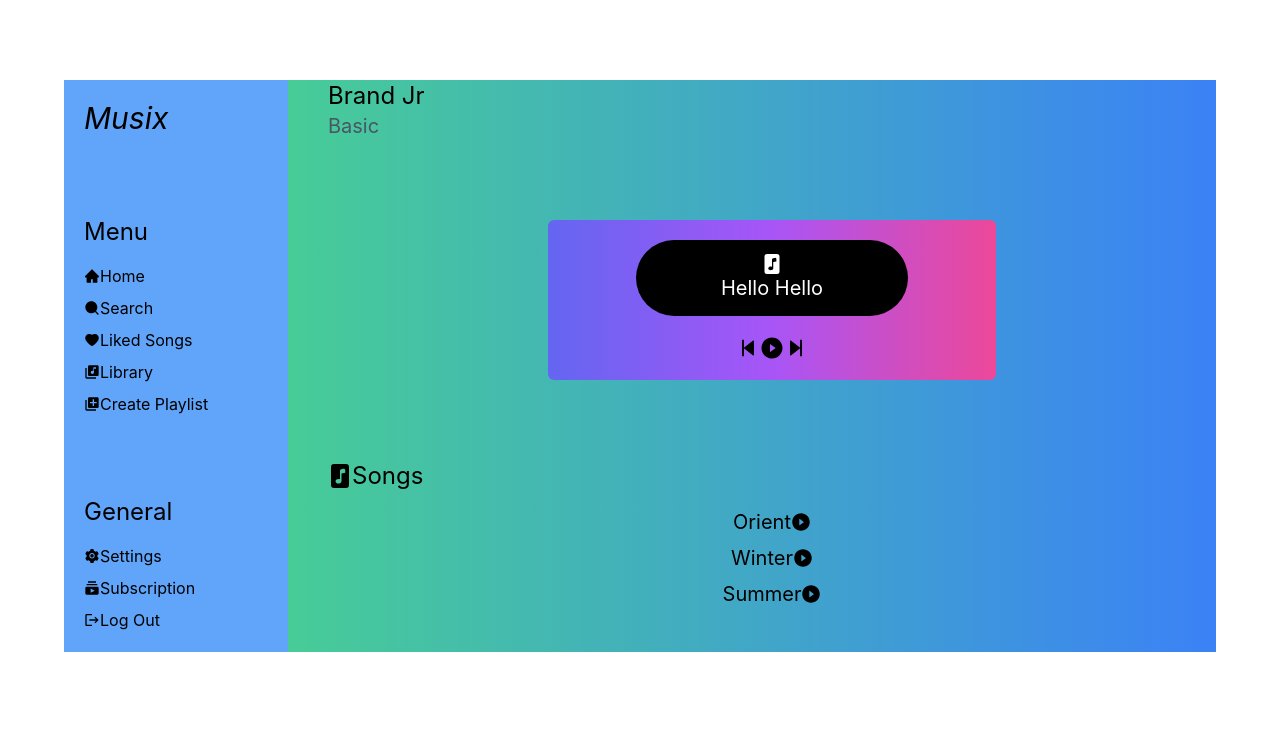
Repository: brandford7/music-player
Page: /
These files come from the project's save history. The page is drawn as it stood at one moment and after the next save; the edit follows.
The browser window is 1280 px wide. The pictures show the whole page.
The project was rebuilt for these pictures with package versions that can differ from the ones it lists, and the page was loaded fresh each time. The framework's server and built-in components were replaced by stand-ins that run in the browser. Also part of the build but not shown: next.config.js, components/Playlist.jsx.

Above is the page before, as saved 2022-11-19 09:57:01.

### pages/index.js
import Head from "next/head";
import Image from "next/image";
import { MusicCard, Sidebar, SongList, UserAvatar } from "../components";

export default function Home() {
  return (
    <div className="flex mx-auto max-w-6xl my-20 space-x-10 bg-gradient-to-r from-green-400 to-blue-500">
      <Head>
        <title>Music Player</title>
        <meta name="description" content="Generated by create next app" />
        <link rel="icon" href="/favicon.ico" />
      </Head>
      <aside>
        <Sidebar />
      </aside>
      <main className="flex flex-col flex-1 space-y-20">
        <UserAvatar name="Brand Jr" subscription="Basic" />
        <MusicCard title="Hello Hello" />
        <SongList />
      </main>
    </div>
  );
}

### styles/globals.css
@tailwind base;
@tailwind components;
@tailwind utilities;



html,
body {
  padding: 0;
  margin: 0;
  font-family: -apple-system, BlinkMacSystemFont, Segoe UI, Roboto, Oxygen,
    Ubuntu, Cantarell, Fira Sans, Droid Sans, Helvetica Neue, sans-serif;
}

a {
  color: inherit;
  text-decoration: none;
}

* {
  box-sizing: border-box;
}

@media (prefers-color-scheme: dark) {
  html {
    color-scheme: dark;
  }
  body {
    color: white;
    background: black;
  }
}

### components/index.js
export { default as Sidebar } from './Sidebar';
export { default as UserAvatar } from './UserAvatar';
export { default as MusicCard } from './MusicCard';
export { default as MusicButton } from './MusicButton';
export { default as SongList } from './SongList';
export {default as Playlist } from './Playlist';

### components/Sidebar.jsx
import React from "react";
import { AiFillHome, AiFillHeart, AiFillSetting } from "react-icons/ai";
import {
  MdLibraryMusic,
  MdLibraryAdd,
  MdLogout,
  MdSubscriptions,
} from "react-icons/md";
import { RiSearchFill } from "react-icons/ri";

const Sidebar = () => {
  return (
    <div className="flex flex-col space-y-20 bg-blue-400 p-5  w-56">
      <section>
        <h1 className="text-3xl italic">Musix</h1>
      </section>
      <section>
        <h2 className="mb-4 text-2xl">Menu</h2>
        <ul className="space-y-2">
          <li className="flex items-center ">
            <AiFillHome />
            Home
          </li>
          <li className="flex items-center ">
            <RiSearchFill />
            Search
          </li>
          <li className="flex items-center ">
            <AiFillHeart />
            Liked Songs
          </li>
          <li className="flex items-center ">
            <MdLibraryMusic />
            Library
          </li>
          <li className="flex items-center ">
            <MdLibraryAdd />
            Create Playlist
          </li>
        </ul>
      </section>
      <section>
        <h2 className="mb-4 text-2xl">General</h2>
        <ul className="space-y-2">
          <li className="flex items-center ">
            <AiFillSetting />
            Settings
          </li>
          <li className="flex items-center ">
            <MdSubscriptions />
            Subscription
          </li>
          <li className="flex items-center ">
            <MdLogout />
            Log Out
          </li>
        </ul>
      </section>
    </div>
  );
};

export default Sidebar;

### components/UserAvatar.jsx
import React from "react";

const UserAvatar = ({ image, name, subscription }) => {
  return (
    <div className="flex flex-col">
      <img src={image} alt="" />
      <h2 className="text-2xl">{name}</h2>
      <p className="text-gray-600 text-xl"> {subscription}</p>
    </div>
  );
};

export default UserAvatar;

### components/MusicCard.jsx
import React from "react";
import { BsFillFileMusicFill } from "react-icons/bs";
import MusicButton from "./MusicButton";
import {
  AiFillPlayCircle,
  AiFillStepBackward,
  AiFillStepForward,
} from "react-icons/ai";

const MusicCard = ({ title }) => {
  return (
    <div className=" flex flex-col items-center mx-auto space-y-5 p-5 max-w-md rounded-md hover:shadow-lg h-40 w-4/5 bg-gradient-to-r from-indigo-500 via-purple-500 to-pink-500 transition duration-700 ease-in-out">
      <section className="flex flex-col items-center justify-center space-y-2 rounded-full h-3/4 w-2/3 bg-black text-white text-xl">
        <BsFillFileMusicFill />
        {title}
      </section>
      <section className="flex items-center justify-center text-2xl">
        <MusicButton icon={<AiFillStepBackward />} />
        <MusicButton icon={<AiFillPlayCircle />} />
        <MusicButton icon={<AiFillStepForward />} />
      </section>
    </div>
  );
};

export default MusicCard;

### components/MusicButton.jsx
import React from 'react'

const MusicButton = ({icon}) => {
  return (
      <div>{icon}</div>
  )
}

export default MusicButton

### components/SongList.jsx
import React from "react";
import { BsFillFileMusicFill } from "react-icons/bs";
import { AiFillPlayCircle } from "react-icons/ai";
import MusicButton from "./MusicButton";

const SongList = () => {
  return (
    <div>
      <h1 className="flex items-center space-x-5 text-2xl mb-4">
        <BsFillFileMusicFill />
        Songs
      </h1>
      <section>
        <ul className="flex flex-col items-center text-xl space-y-2">
          <li className="flex items-center  ">
            Orient <MusicButton icon={<AiFillPlayCircle />} />
          </li>
          <li className="flex items-center justify-around ">
            Winter <MusicButton icon={<AiFillPlayCircle />} />
          </li>
          <li className="flex items-center justify-around ">
            Summer <MusicButton icon={<AiFillPlayCircle />} />
          </li>
        </ul>
      </section>
    </div>
  );
};

export default SongList;

Loaded but not shown: pages/_app.js (common file); tailwind.config.js (common file)

After the next save:
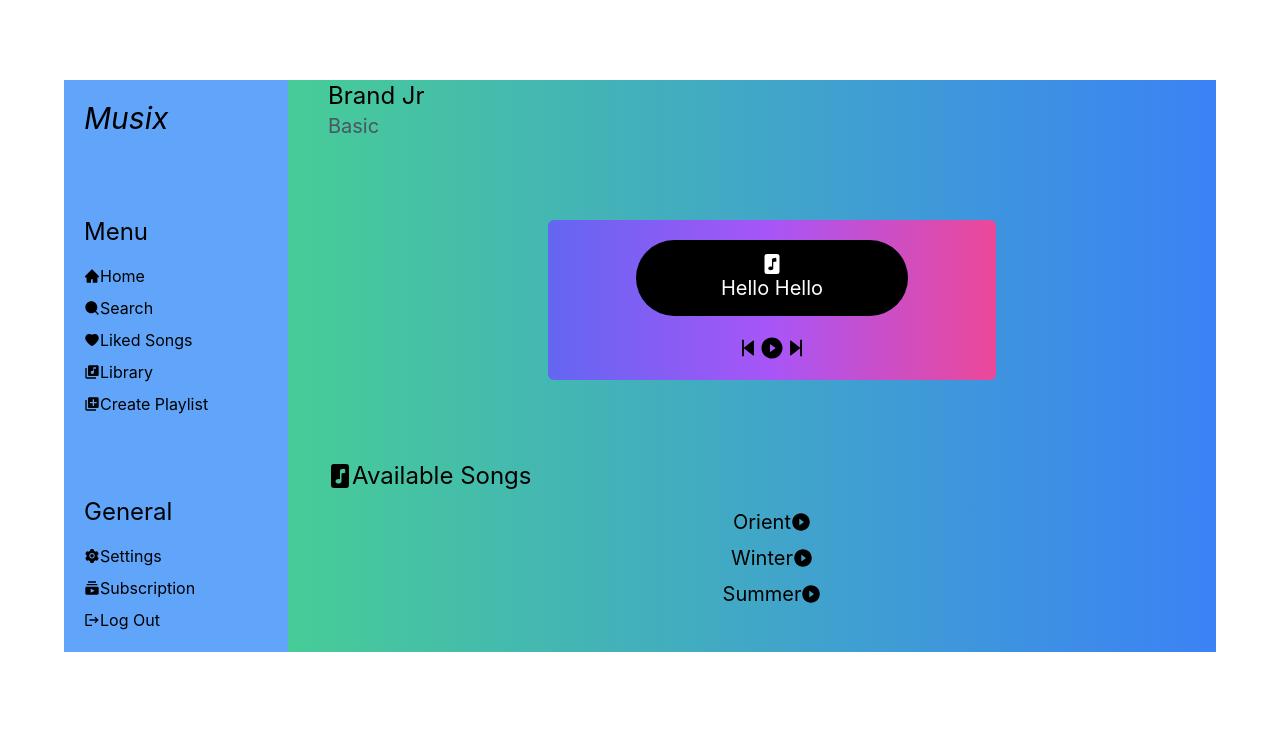
Saved 2 min 39 s later.
--- a/components/SongList.jsx
+++ b/components/SongList.jsx
@@ -8,7 +8,7 @@ const SongList = () => {
     <div>
       <h1 className="flex items-center space-x-5 text-2xl mb-4">
         <BsFillFileMusicFill />
-        Songs
+        Available Songs
       </h1>
       <section>
         <ul className="flex flex-col items-center text-xl space-y-2">
